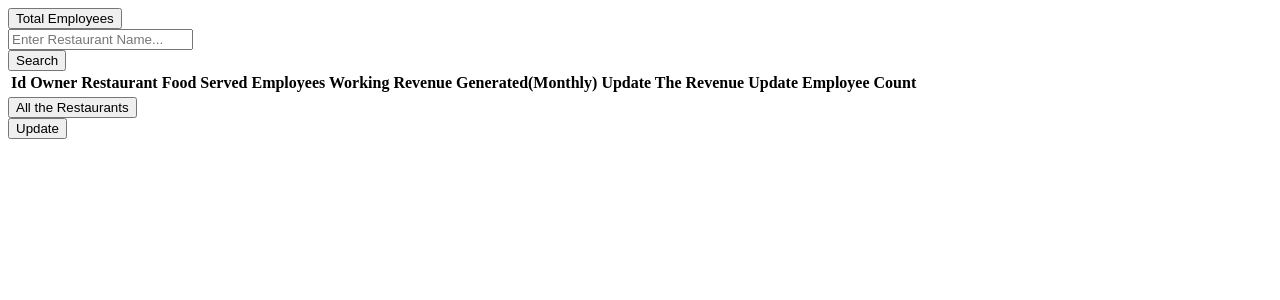
Repository: Kartik-DEV31/CTS-Training-NOVDEC-2020-Project
Page: http://localhost/RestaurantChainManagmentApplication/WEB-INF/jspPages/ownerDashboard.jsp
The author's editor kept a copy of each file at every save. The page is drawn from the files as they stood at one save, then again after the next save.
The browser window is 1280 px wide. The pictures show the whole page.
The page is served by Tomcat 9. Nobody is signed in. Other server files are loaded and not shown. The template is opened directly, without the code that normally fills it, so the values that code supplies are empty.

Above is the page before, as saved 2020-12-18 10:17:20.

### CTS-NOV2020-TrainingProject/RestaurantChainManagmentApplication/src/main/webapp/WEB-INF/jspPages/ownerDashboard.jsp
<%@ page language="java" contentType="text/html; charset=ISO-8859-1"
	pageEncoding="ISO-8859-1"%>

<%@ taglib uri="http://java.sun.com/jsp/jstl/core" prefix="c"%>

<!-- <link href="<c:url value="/css/restaurantRegistration.css" />"
	rel="stylesheet"> -->

<!DOCTYPE html>
<html>
<head>
<meta charset="ISO-8859-1">
<title>Insert title here</title>
</head>
<body>

	<form id="ownerDashboard" action="totalEmployeesInResaturants">
		<button class="homeButton" type="submit">Total Employees</button>
	</form>

	<form id="ownerDashboard" action="findRestaurantForOwner" method="post">
		<input type="text" name="restaurantName"
			placeholder="Enter Restaurant Name..." /><br>

			<input
			type="hidden" name="id" value="${id}" />
		<button class="searchButton" type="submit">Search</button>

		<div>
			<table class="container">

				<thead>
					<tr>
						<th>Id</th>
						<th>Owner</th>
						<th>Restaurant</th>
						<th>Food Served</th>
						<th>Employees Working</th>
						<th>Revenue Generated(Monthly)</th>
						<th>Update The Revenue</th>
						<th>Update Employee Count</th>
					</tr>
				</thead>
				<tbody>
					<tr>
						<c:forEach var="data" items="${data}" varStatus="status">
							<tr>
								<td>${data.id}</td>
								<td>${data.restaurantOwner}</td>
								<td><c:forEach var="data2"
										items="${data.specificRestaurantDetails}" varStatus="status">

						${data2.restaurantName}<br>
										<br>

									</c:forEach></td>


								<td><c:forEach var="data2"
										items="${data.specificRestaurantDetails}" varStatus="status">

						${data2.restaurantType}<br>
										<br>
									</c:forEach></td>
								<td><c:forEach var="data2"
										items="${data.specificRestaurantDetails}" varStatus="status">
						${data2.employeeCount}<br>
										<br>
				</c:forEach></td>
								<td><c:forEach var="data2"
										items="${data.specificRestaurantDetails}" varStatus="status">
						${data2.revenue}<br>
										<br>
					</c:forEach></td>
							<td>
									<form action="updateRevenue" method="post">
										<input type="text" name="restaurantName"
											placeholder="Enter Restaurant Name..." /><br> <input
											type="text" name="updatedRevenue"
											placeholder="Enter Revenue..." /> <input type="hidden"
											name="id" value="${data.id}" /><br> <input
											type="submit" value="Update" /><br> <b>${revenueException}</b>

									</form>
								</td>
							<td>
									<form action="updatedEmployeeCount" method="post">
										<input type="text" name="restaurantName"
											placeholder="Enter Restaurant Name..." /><br> <input
											type="text" name="updatedEmployeeCount"
											placeholder="Enter Employee Count ..." /><br> <input
											type="hidden" name="id" value="${data.id}" /><br> <input
											type="submit" name="update" value="Update" /><br> <b>${countException}</b>
									</form>
								</td>
							</tr>
						</c:forEach>
					</tr>
				</tbody>
			</table>
		</div>


	</form>


	<form id="ownerDashboard" action="allRestaurantRegisteredByOwner">
		<button class="homeButton" type="submit">All the Restaurants</button>
	</form>

	<form id="ownerDashboard" action="updatetTheRestaturantName">
		<button class="homeButton" type="submit">Update</button>
	</form>


</body>
</html>

After the next save:
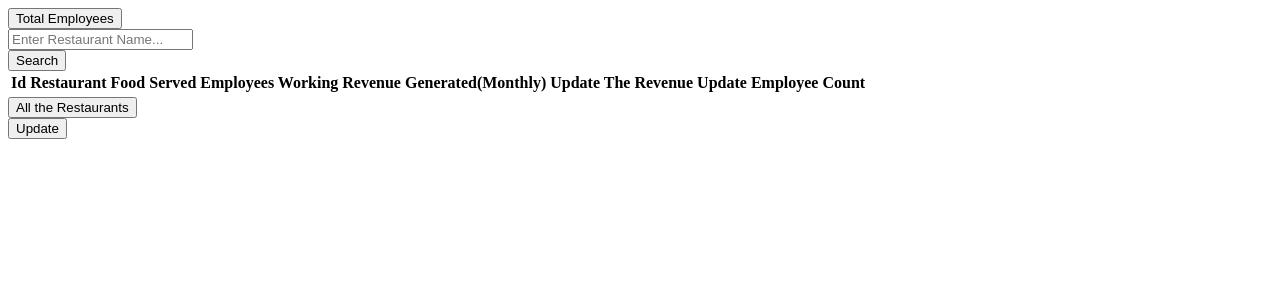
Saved 30 min 53 s later.
--- a/CTS-NOV2020-TrainingProject/RestaurantChainManagmentApplication/src/main/webapp/WEB-INF/jspPages/ownerDashboard.jsp
+++ b/CTS-NOV2020-TrainingProject/RestaurantChainManagmentApplication/src/main/webapp/WEB-INF/jspPages/ownerDashboard.jsp
@@ -32,7 +32,7 @@
 				<thead>
 					<tr>
 						<th>Id</th>
-						<th>Owner</th>
+
 						<th>Restaurant</th>
 						<th>Food Served</th>
 						<th>Employees Working</th>
